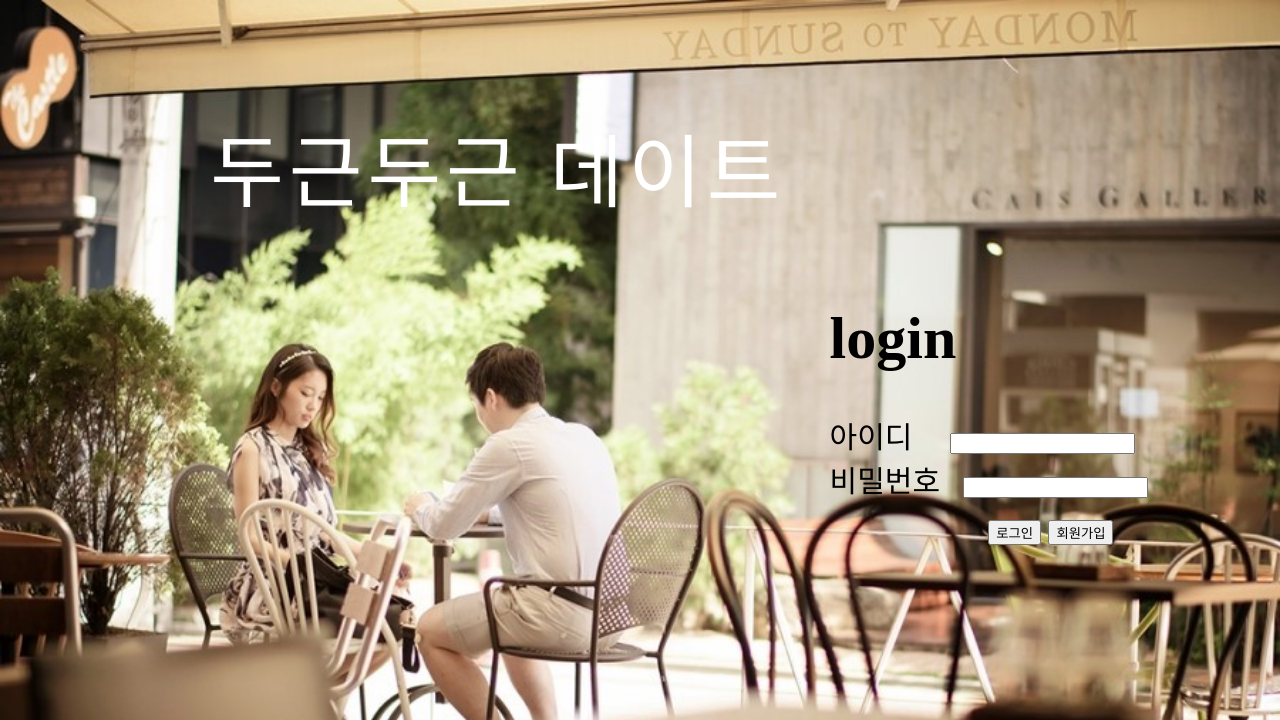
Repository: pinokio531/date_application
Page: http://localhost/doogeunDate/indexPage.jsp
These files come from the project's save history. The page is drawn as it stood at one moment and after the next save; the edit follows.
The browser window is 1280 px wide. The pictures show the whole page.
Some web fonts or font styles are not loaded; a fallback is used. The page is served by Tomcat 9.

Above is the page before, as saved 2019-06-04 10:14:05.

After the next save:
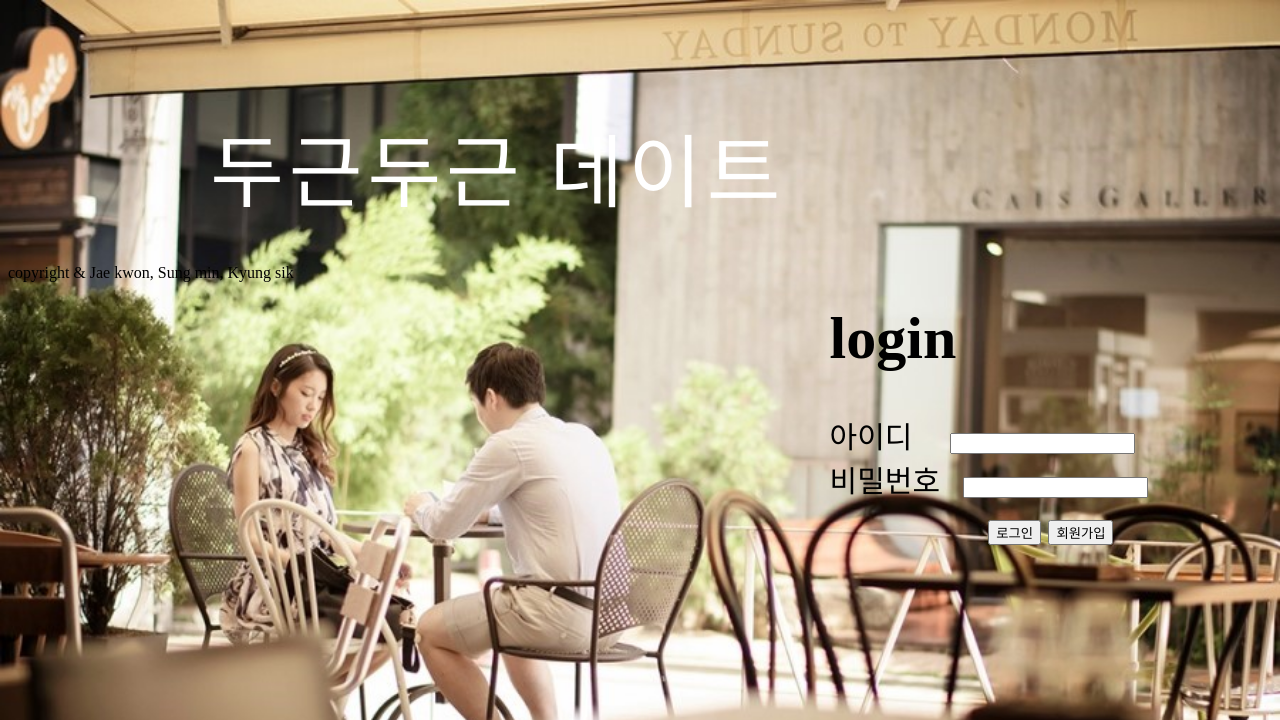
Saved 38 s later.
--- a/doogeunDate/WebContent/indexPage.jsp
+++ b/doogeunDate/WebContent/indexPage.jsp
@@ -31,4 +31,8 @@
 	</div>
 </body>
 
+<footer>
+	<p>copyright & Jae kwon, Sung min, Kyung sik</p>
+</footer>
+
 </html>
